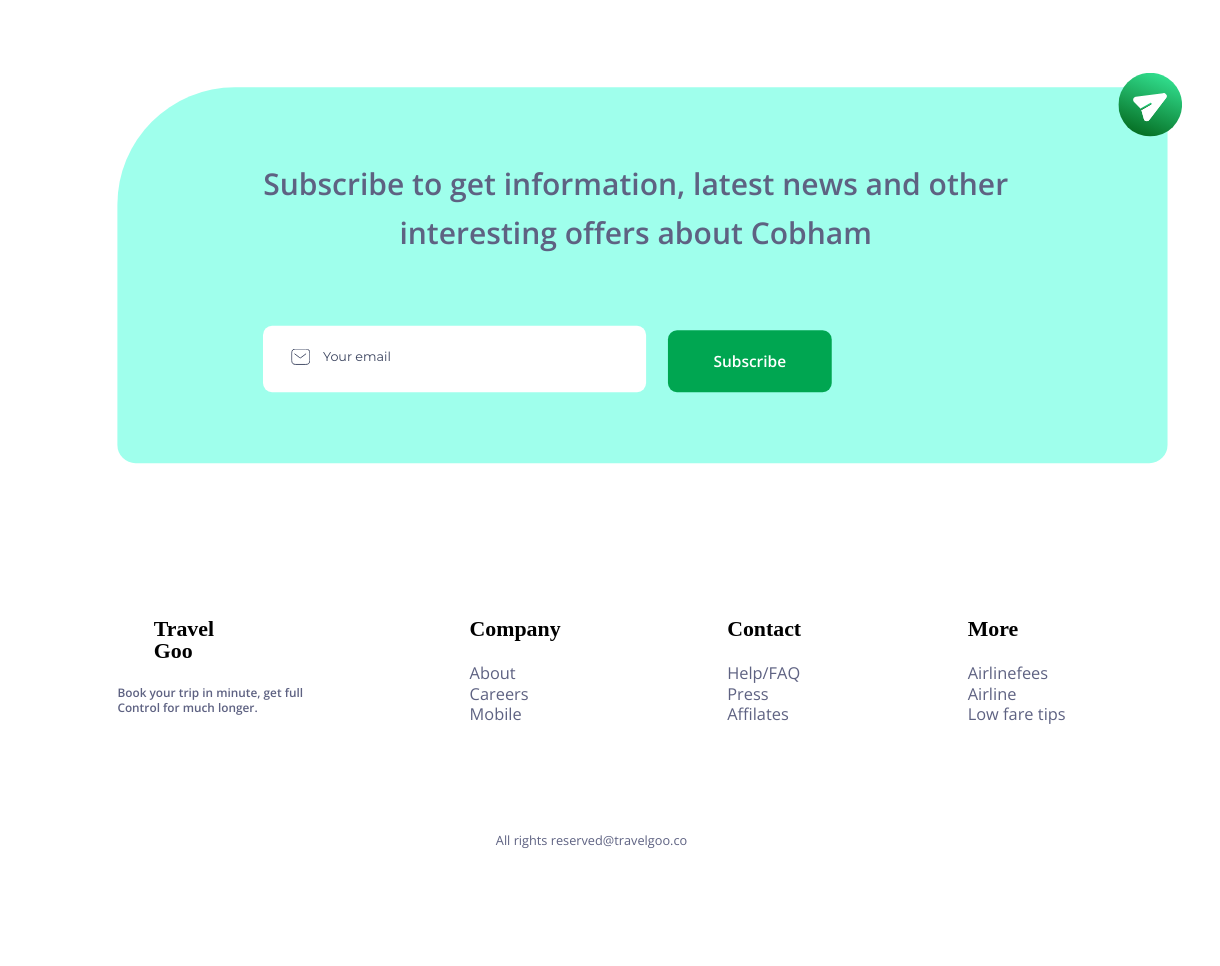
Repository: HeybetzadeQedim/task-5
Page: index.html
These files come from the project's save history. The page is drawn as it stood at one moment and after the next save; the edit follows.
The browser window is 1280 px wide. The page is 1299 px wide, then 1341 px, so the pictures cover 1341 px, including what lies to the right of the window. The pictures show the whole page, at 91% of full size.
Some web fonts or font styles are not loaded; a fallback is used.

Above is the page before, as saved 2023-10-16 16:02:36.

After the next save:
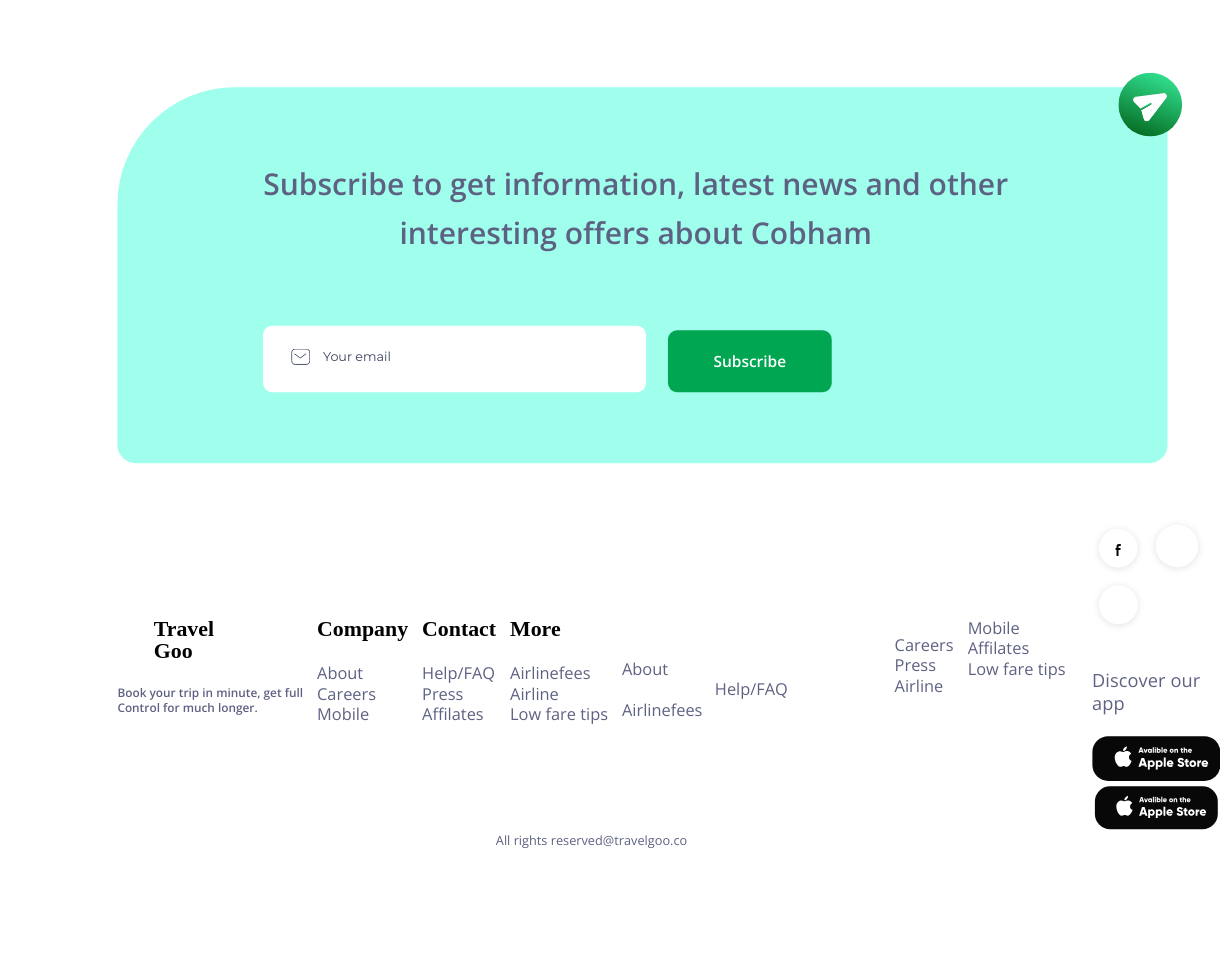
Saved 10 s later.
--- a/index.html
+++ b/index.html
@@ -63,7 +63,7 @@
               <li>Airline</li>
               <li>Low fare tips</li>
             </ul>
-          <!-- <div class="li-container-2">
+          <div class="li-container-2">
             <ul>
               <li>About</li>
               <li>Help/FAQ</li>
@@ -91,7 +91,7 @@
             <p>Discover our app</p>
             <img src="images/Play Store.svg" />
             <img src="images/Play Store.svg" />
-          </div> -->
+          </div>
         </div>
         <div class="footer-box">
           <p>All rights reserved@travelgoo.co</p>
